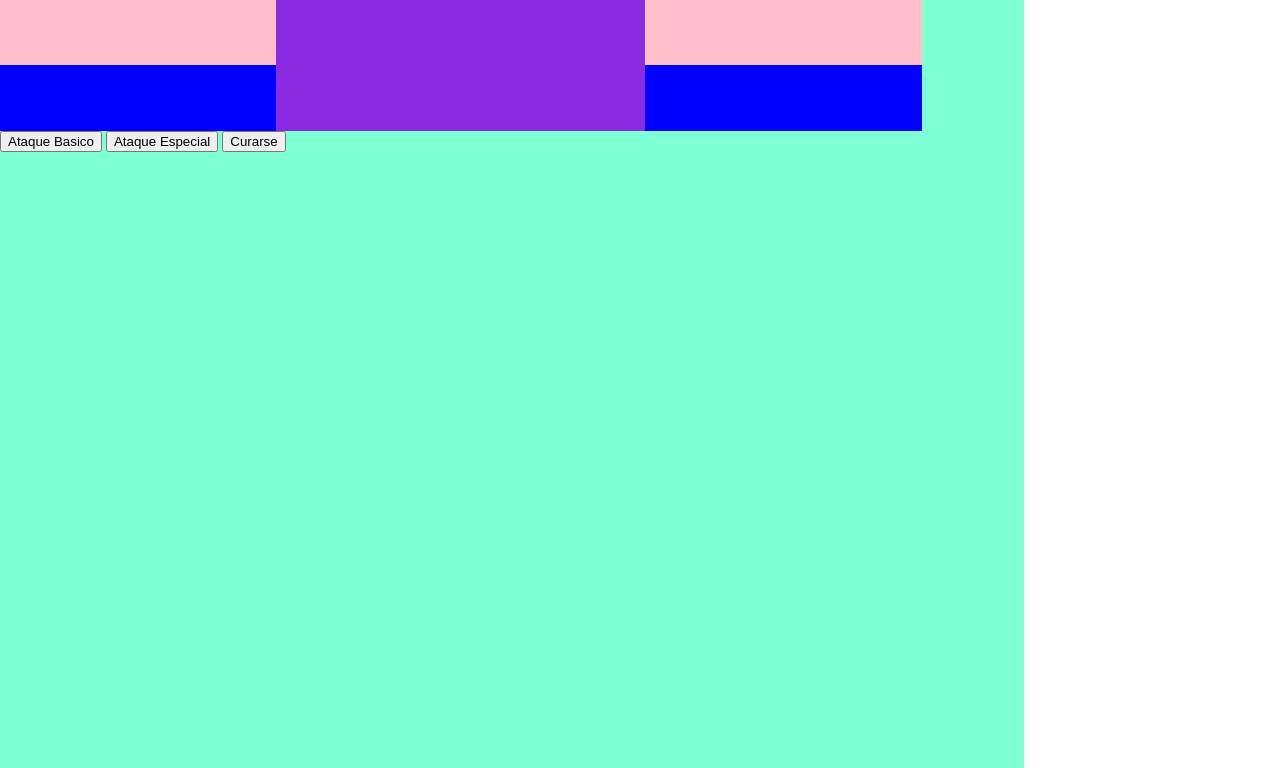
Repository: NovaDuel/novaduel-game
Page: index.html
The author's editor kept a copy of each file at every save. The page is drawn from the files as they stood at one save, then again after the next save.
The browser window is 1280 px wide. The pictures show the whole page.

Above is the page before, as saved 2024-03-25 09:48:27.

After the next save:
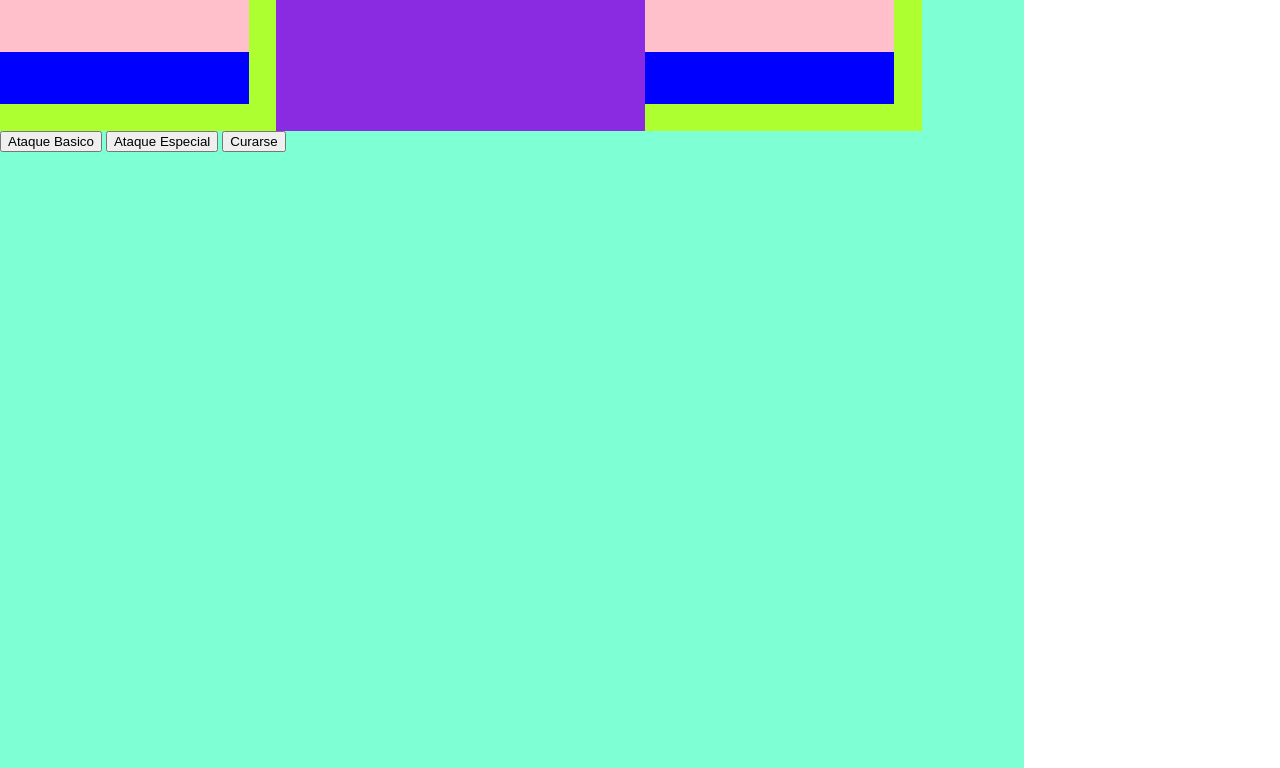
Saved 16 s later.
--- a/style.css
+++ b/style.css
@@ -24,13 +24,13 @@ body {
 }
 
 .health {
-    width: 100%;
-    height: 50%;
+    width: 90%;
+    height: 40%;
     background-color: pink;
 }
 
 .stamina {
-    width: 100%;
-    height: 50%;
+    width: 90%;
+    height: 40%;
     background-color: blue
 }
